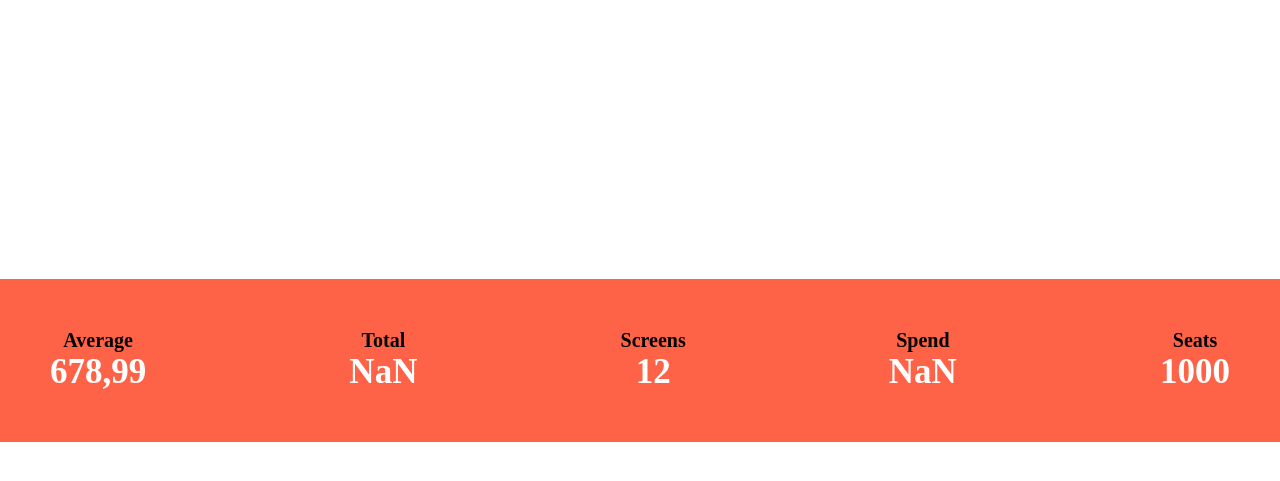
Repository: Dmitriy970411/myDoc1
Page: my-jquery-workings/counter/index.html
The author's editor kept a copy of each file at every save. The page is drawn from the files as they stood at one save, then again after the next save.
The browser window is 1280 px wide. The pictures show the whole page.

Above is the page before, as saved 2020-01-23 04:50:52.

After the next save:
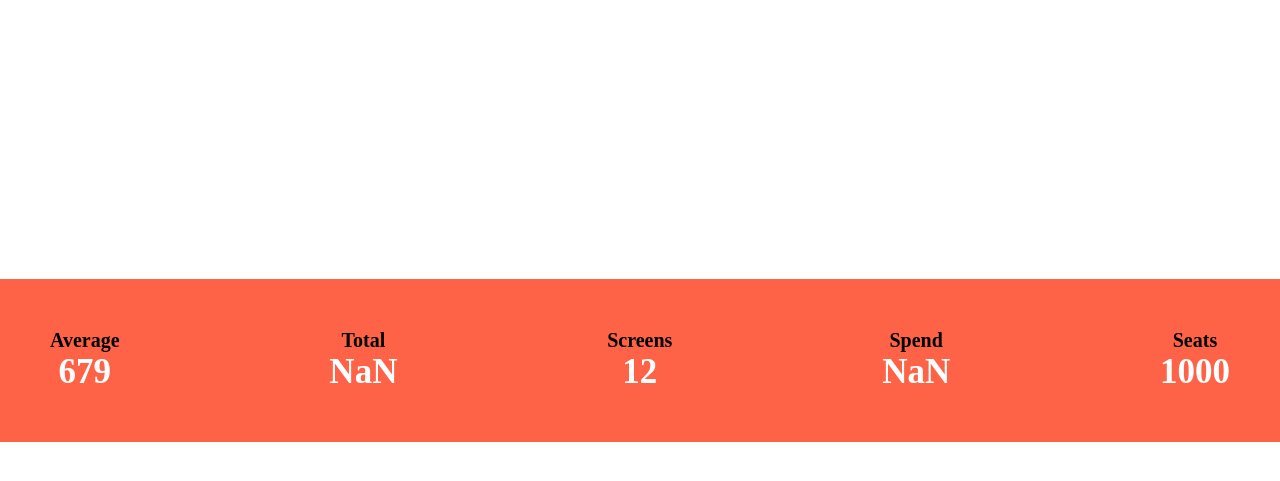
Saved 3 s later.
--- a/my-jquery-workings/counter/js/main.js
+++ b/my-jquery-workings/counter/js/main.js
@@ -1,7 +1,7 @@
 (function() {
 
 	$('.stat-number').each(function () {
-		var size = $(this).text().split(".")[1];
+		var size = $(this).text().split(",")[1];
 		console.log(size)
 		if(size) {
 			var size = size.length;
